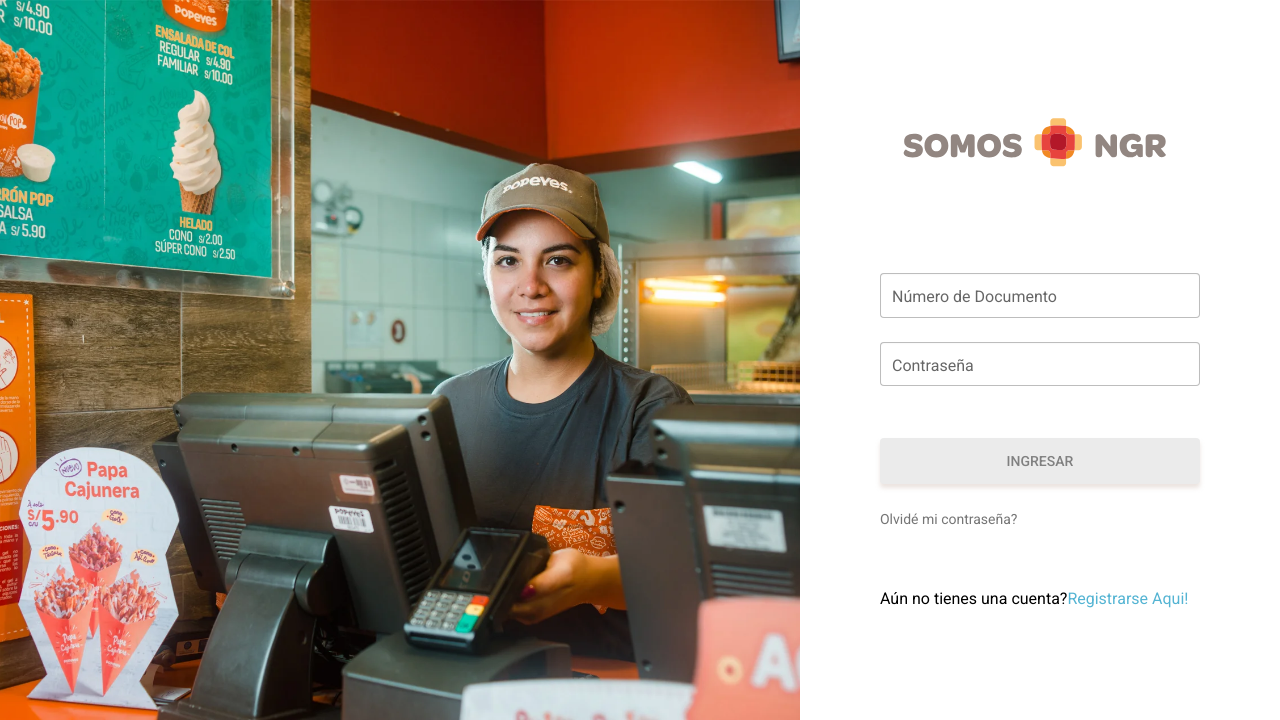
Repository: igmeMarcial/ProyectoLP-2023
Page: http://localhost/proyectoLP_2023/
These files come from the project's save history. The page is drawn as it stood at one moment and after the next save; the edit follows.
The browser window is 1280 px wide. The pictures show the whole page.
Some web libraries are served in a nearby version. The page is served by Tomcat 9.

Above is the page before, as saved 2023-03-18 17:53:34.

After the next save:
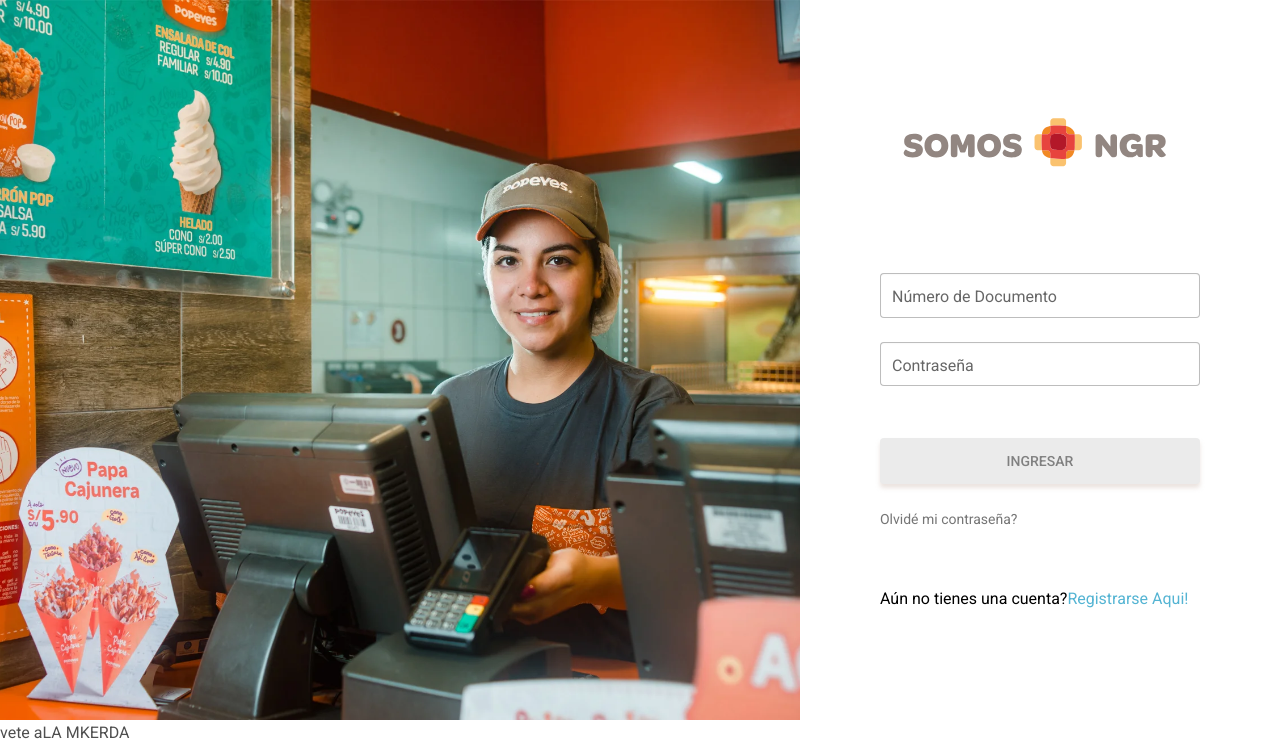
Saved 45 s later.
--- a/proyectoLP_2023/WebContent/index.jsp
+++ b/proyectoLP_2023/WebContent/index.jsp
@@ -66,6 +66,9 @@
 
     </div>
   </div>
+  <div>
+  		vete aLA MKERDA
+  </div>
 </section>
 <script
   type="text/javascript"
